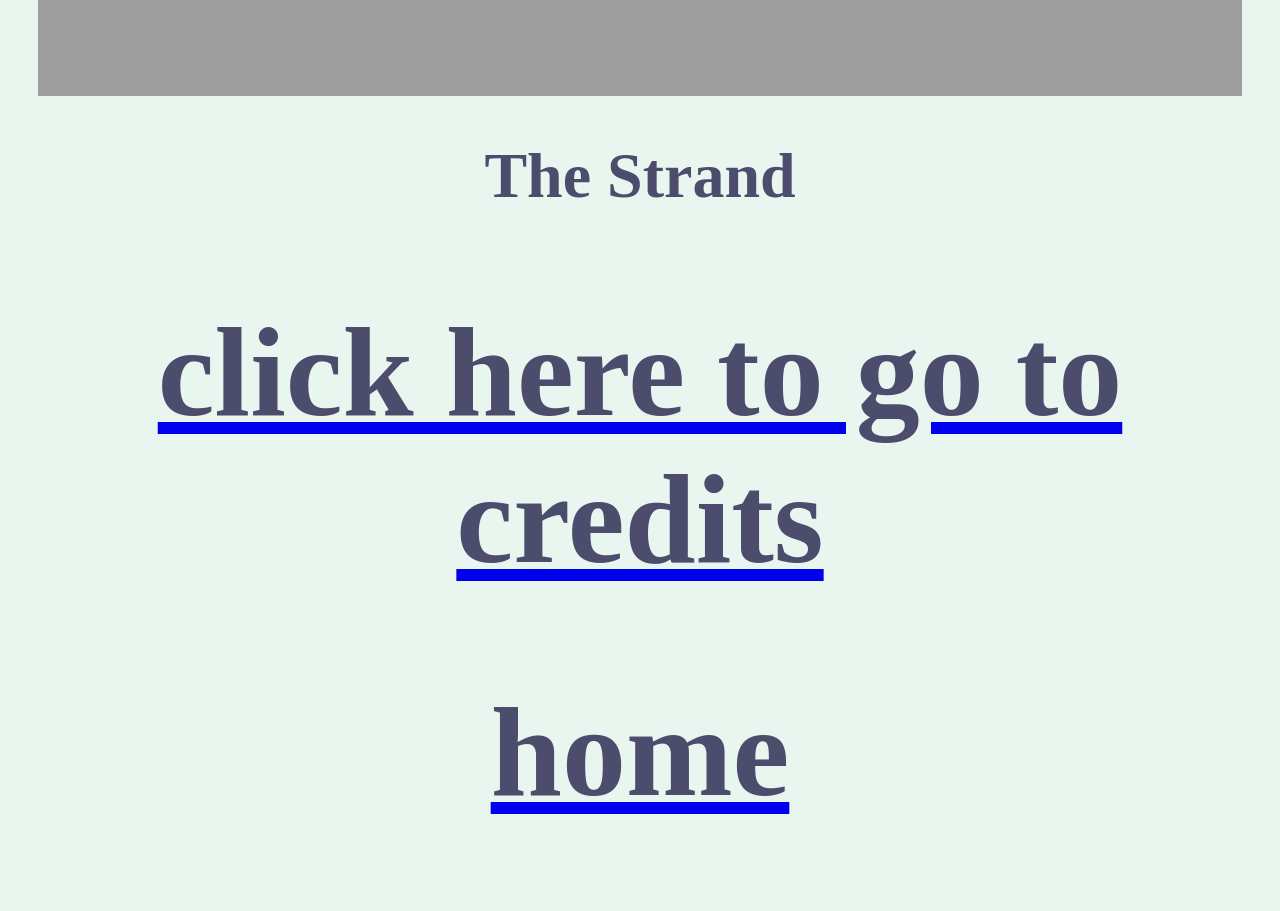
Repository: neomort/comm-lab-vid-site
Page: watch.html
The author's editor kept a copy of each file at every save. The page is drawn from the files as they stood at one save, then again after the next save.
The browser window is 1280 px wide. The pictures show the part of the page from y = 611 to 1563 px (the page is 1522 px tall before and 1563 px after).
Pictures or frames that could not be fetched are drawn as grey boxes.

Above is the page before, as saved 2021-09-23 16:42:45.

After the next save:
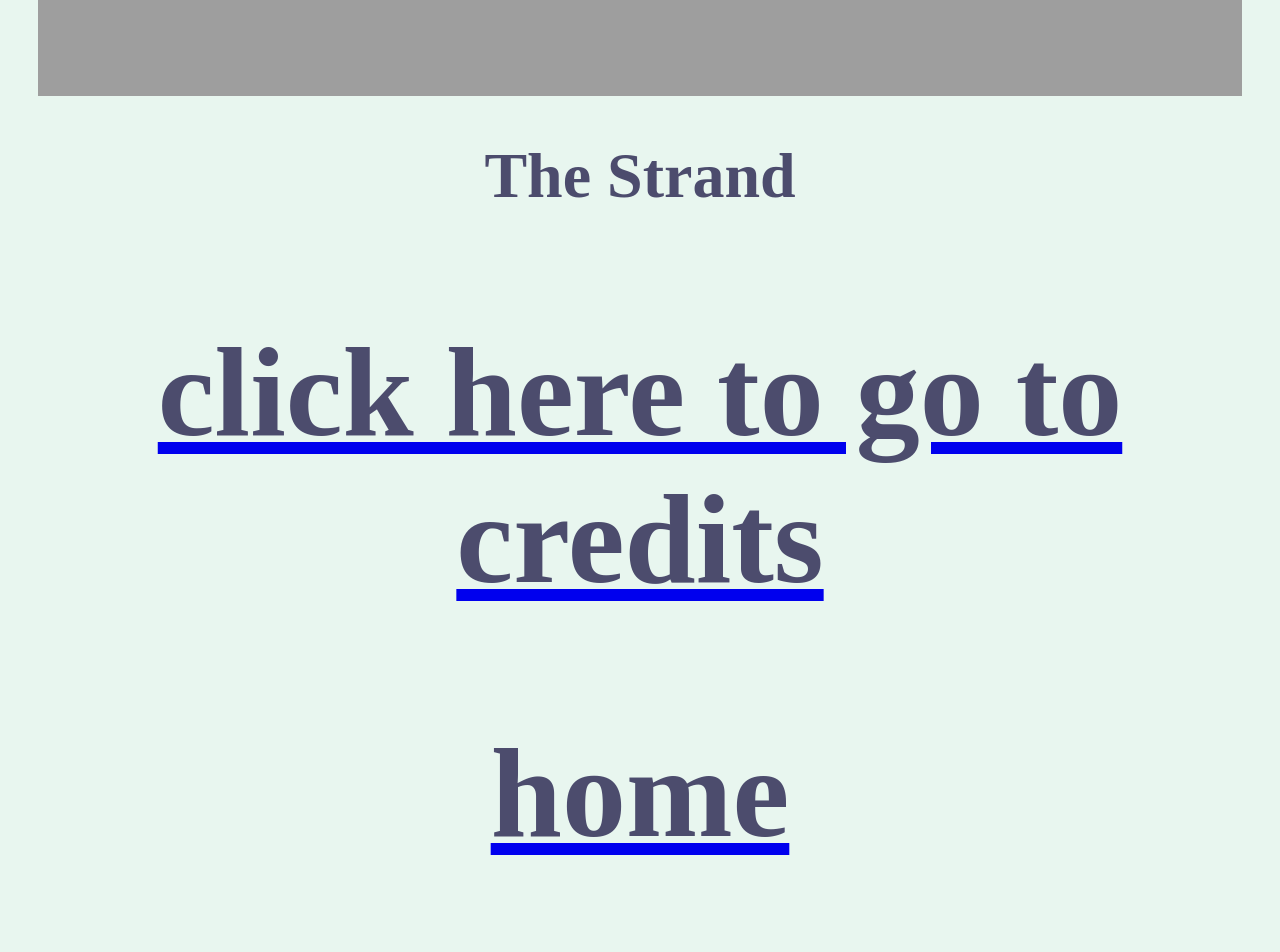
Saved 14 s later.
--- a/watch.html
+++ b/watch.html
@@ -15,7 +15,7 @@
       </div>
       <h1 class="header-text text-dark font">The Strand<h1>
 
-    <a href="credits.html"><h1 class="header-text text-dark font">click here to go to credits</h1></a>
+    <a href="credits.html"><h2 class="header-text text-dark font">click here to go to credits</h2></a>
     <a href="index.html"><h1 class="header-text text-dark font">home</h1></a>
   </div>
   </div>
